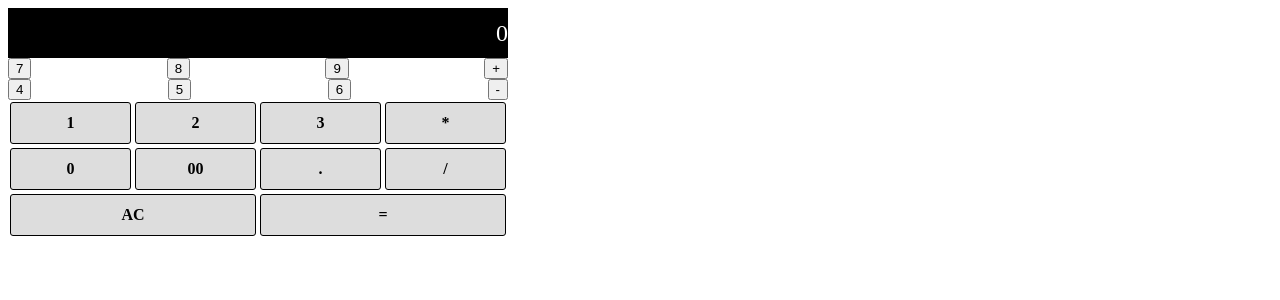
Repository: masa-rock/kadai_jquery_2
Page: index.html
The author's editor kept a record of every edit. The page is drawn from the files as they stood at one moment, then again after the next edit.
The browser window is 1280 px wide. The pictures show the whole page.
Some web libraries are served in a nearby version.

Above is the page before.

### index.html
    <!DOCTYPE html>
    <html lang="en">
      <head>
        <meta charset="utf-8">
        <script src="https://code.jquery.com/jquery-3.2.1.js" integrity="sha256-DZAnKJ/6XZ9si04Hgrsxu/8s717jcIzLy3oi35EouyE=" crossorigin="anonymous"></script>
        <link rel="stylesheet" href="style.css">
        <title>電卓</title>
      </head>

      <body>
        <div class="calculator">
          <div class="calculator_display">0</div>
          <div class="calculator_commands">
            <div class="calculator_command">
              <button class="com com_7">7</button>
              <button class="com com_8">8</button>
              <button class="com com_9">9</button>
              <button id= "com_cal">+</div>
            </div>
            <div class="calculator_command">
              <button class="com com_4">4</button>
              <button class="com com_5">5</button>
              <button class="com com_6">6</button>
              <button id= "com_cal">-</button>
            </div>
            <div class="calculator_command">
              <div class="com com_1">1</div>
              <div class="com com_2">2</div>
              <div class="com com_3">3</div>
              <div id= "com_cal">*</div>
            </div>
            <div class="calculator_command">
              <div class="com com_0">0</div>
              <div class="com com_00">00</div>
              <div class="com com_decimal_point">.</div>
              <div id= "com_cal">/</div>
            </div>
            <div class="calculator_command">
              <div class="com_ac">AC</div>
              <div class="com_equal">=</div>
            </div>
          </div>
        </div>


        <script src="main.js"></script>
      </body>
    </html>

### style.css
.calculator{
  width:500px;
}

.calculator_display{
  width:100%;
  height: 50px;
  line-height: 50px;
  font-size:24px;
  background-color: #000;
  text-align: right;
  color:#fff;
}

.calculator_command{
  display: flex;
  justify-content:space-between;
}

.calculator_command div{
  width: 100%;
  height:40px;
  line-height: 40px;
  margin:2px;
  font-weight: bold;
  background-color:#ddd;
  border:solid 1px #000;
  border-radius: 3px;
  text-align: center;

}

### main.js
$(document).ready(function(){

  let push_num = [];
  let result ="";
  let num_1 = "";
  var receive_num="";
  var len_array ="";


  // 数字ボタン操作
  $('.com').on('click',function(){
    receive_num = $(this).text();
    len_array = push_num.length;
    // 0,00の初回入力防止
    if (len_array == 0 && (receive_num == 0 || receive_num == 00)){
      $(".calculator_display").text(0);
    }else{
      push_num.push(receive_num);
      num_1 = push_num.join('');
      $(".calculator_display").text(num_1);
      $(".com_cal").disabled = true;
    }
  });

  // 四則演算ボタン操作
  $('#com_cal').on('click',function(){
    push_num.push($(this).text());
    num_1 = push_num.join('');
    $(".calculator_display").text(num_1);
    $("#")

  });

  // ACボタン操作
  $('.com_ac').on('click',function(){
    push_num = [];
    num_1 = "";
    $(".calculator_display").text(0);
  });

  // equalボタン操作
  $('.com_equal').on('click',function() {
      result = eval(num_1);
      $(".calculator_display").text(result);
      push_num = [result];
  });
});


// ○+△-□ができるようにする
// ++,*-など連続がないようにする。

After the next edit:
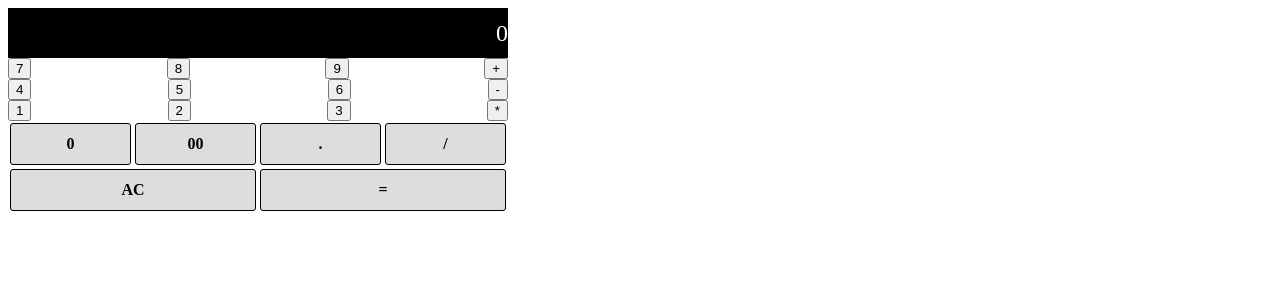
The edit:
--- a/index.html
+++ b/index.html
@@ -24,10 +24,10 @@
               <button id= "com_cal">-</button>
             </div>
             <div class="calculator_command">
-              <div class="com com_1">1</div>
-              <div class="com com_2">2</div>
-              <div class="com com_3">3</div>
-              <div id= "com_cal">*</div>
+              <button class="com com_1">1</button>
+              <button class="com com_2">2</button>
+              <button class="com com_3">3</button>
+              <button id= "com_cal">*</button>
             </div>
             <div class="calculator_command">
               <div class="com com_0">0</div>
